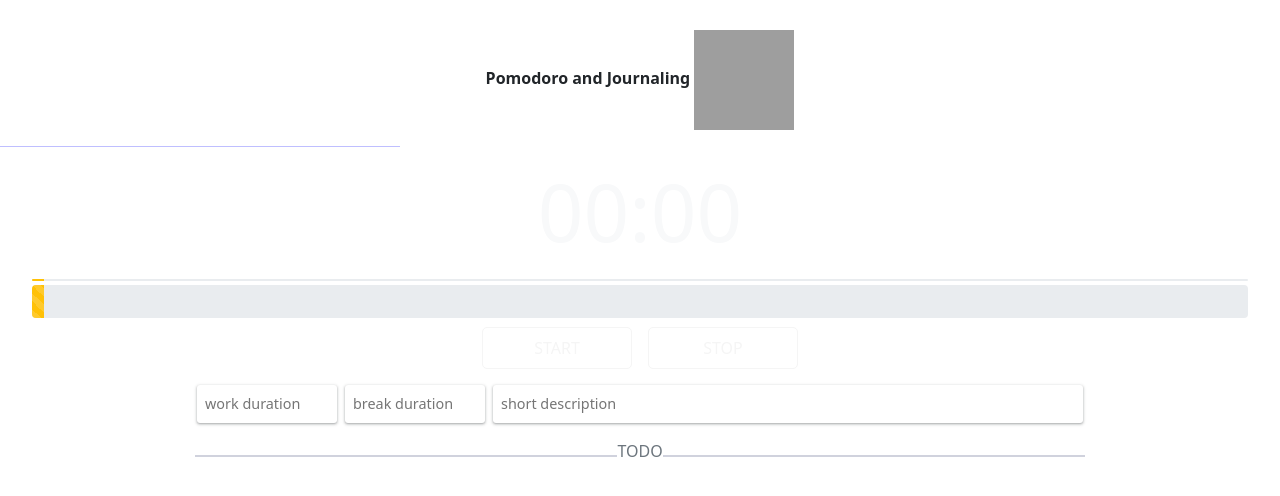
Repository: Lucid-art/Team-8-Project
Page: templates/pomodoro.html
The author's editor kept a copy of each file at every save. The page is drawn from the files as they stood at one save, then again after a run of saves.
The browser window is 1280 px wide. The pictures show the whole page.
Pictures or frames that could not be fetched are drawn as grey boxes. Some web libraries are served in a nearby version.

Above is the page before, as saved 2021-06-09 16:16:14.
Console error: TypeError: Cannot read properties of null (reading 'addEventListener')

After the next 2 saves:
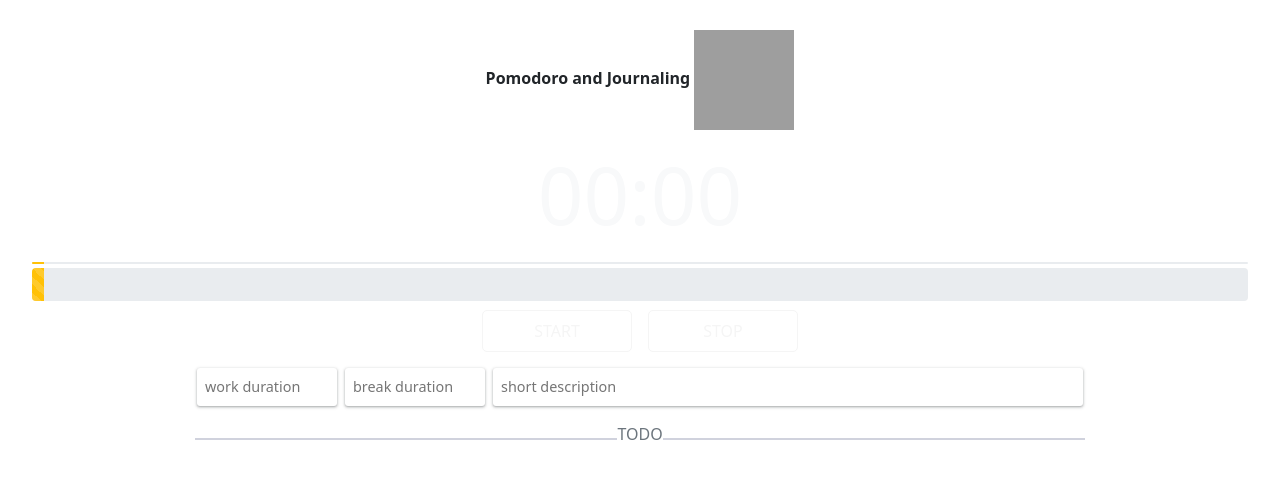
The 2 saves are shown as one change because they came seconds apart.
The last was saved 7 s later.
--- a/templates/pomodoro.html
+++ b/templates/pomodoro.html
@@ -19,7 +19,8 @@
     <div id = "main">
         <p><b>Pomodoro and Journaling</b>  <a href = "/entryType">
             <img alt="/entryType" src="https://www.clipartmax.com/png/small/46-466028_around-the-library-books-circle-icon-png.png" width= "100" height= "100">
-        </a>    </p><hr width = "400">
+        </a>
+     <!-- </p><hr width = "400"> -->
     </div>
 
         <!-- Header -->
